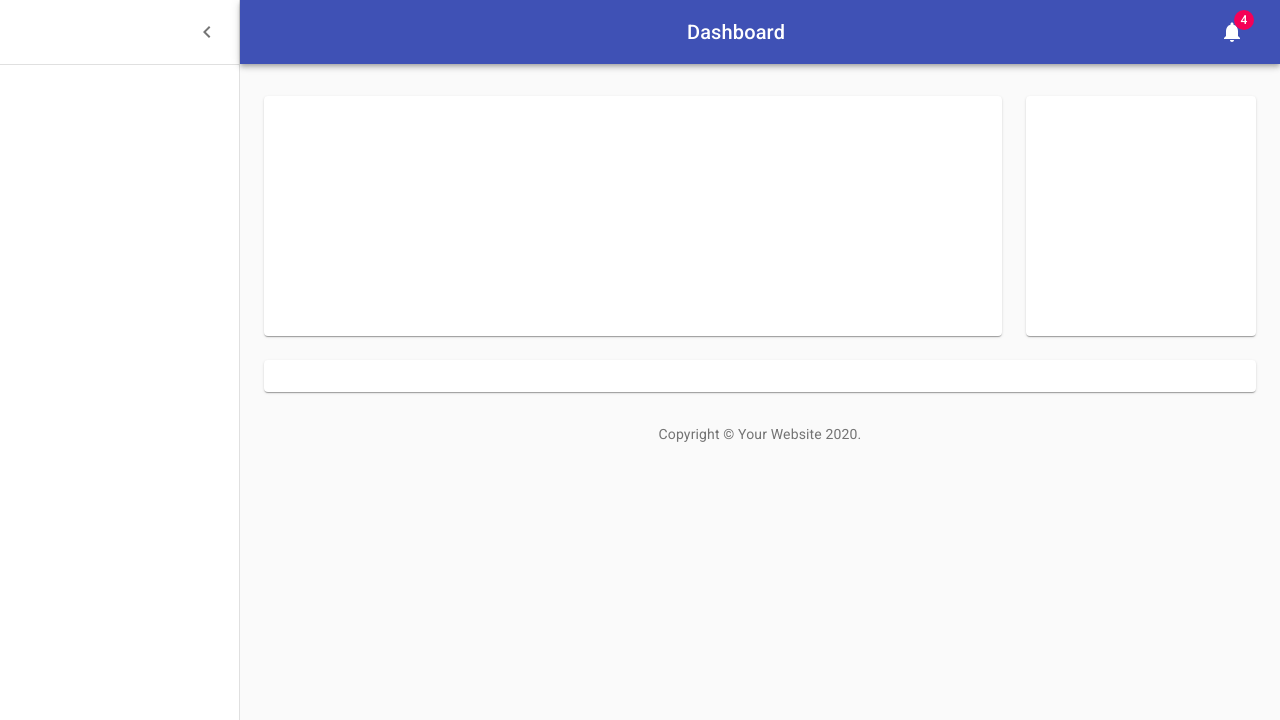
Repository: andbilous/users-task
Page: /
The author's editor kept a copy of each file at every save. The page is drawn from the files as they stood at one save, then again after the next save.
The browser window is 1280 px wide. The pictures show the whole page.
The project was rebuilt for these pictures with package versions that can differ from the ones it lists, and the page was loaded fresh each time. Also part of the build but not shown: src/API/config.js, src/API/users.api.js, src/redux/users/user.actions.js, src/pages/Users.js.

Above is the page before, as saved 2020-05-07 18:20:59.

After the next save:
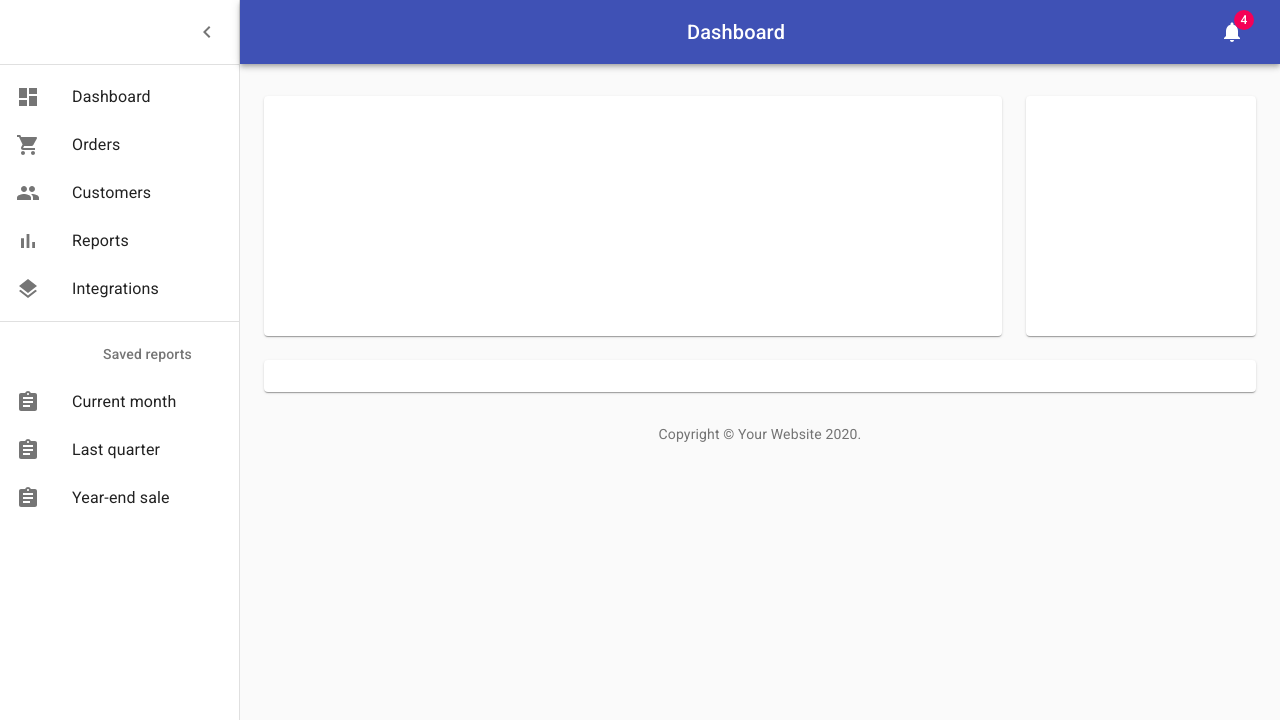
Saved 8 s later.
--- a/src/pages/DashBoard.js
+++ b/src/pages/DashBoard.js
@@ -165,9 +165,9 @@ export default function Dashboard() {
           </IconButton>
         </div>
         <Divider />
-        {/* <List>{mainListItems}</List>
+        <List>{mainListItems}</List>
         <Divider />
-        <List>{secondaryListItems}</List> */}
+        <List>{secondaryListItems}</List>
       </Drawer>
       <main className={classes.content}>
         <div className={classes.appBarSpacer} />
